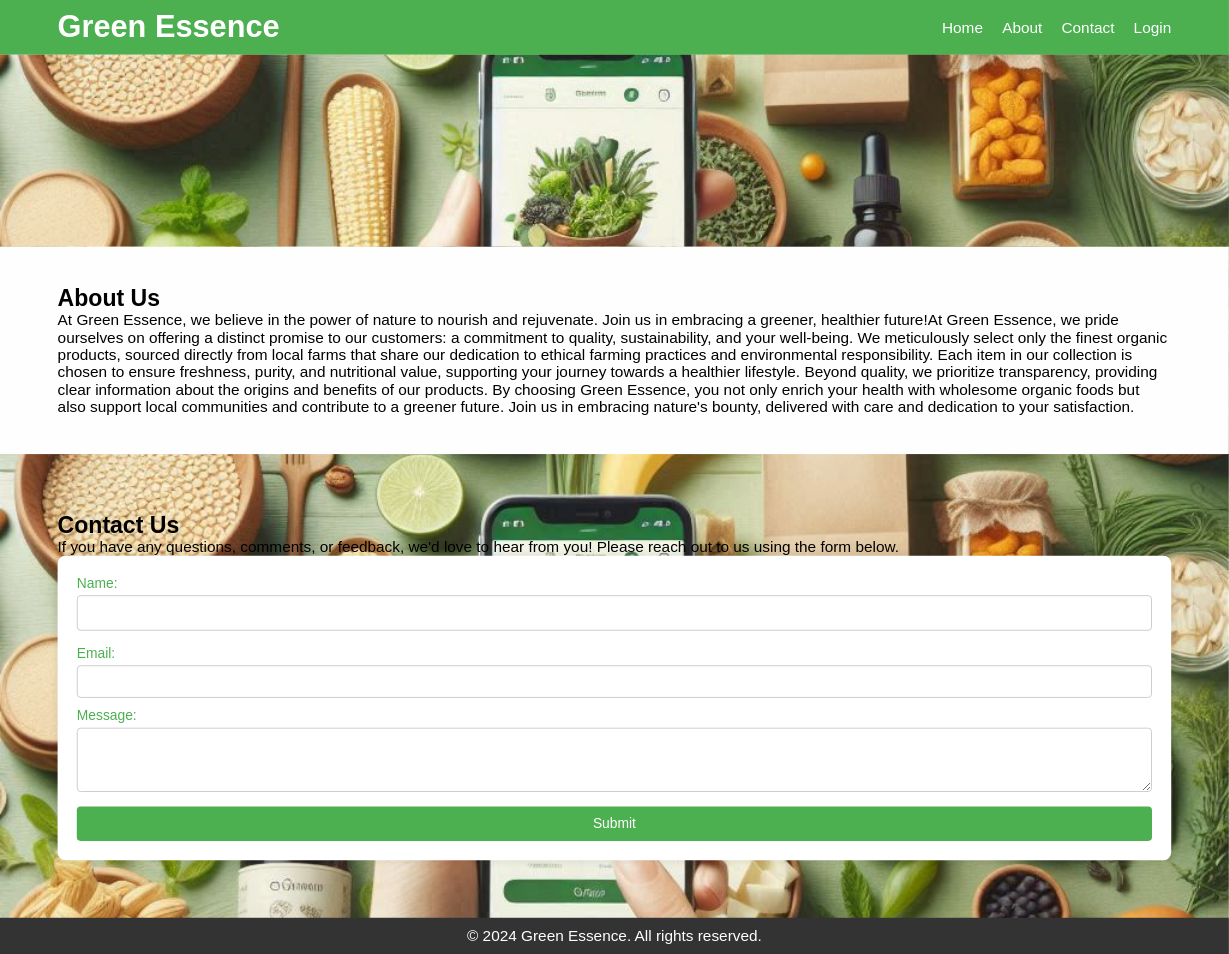
Repository: niki3210/Sahyadri
Page: Projectorganic/index.html
An editor plug-in stored every save of this project. The page is shown before and after the next save, followed by the edit.
The browser window is 1280 px wide. The pictures show the whole page, at 96% of full size.
Backgrounds fixed to the window are drawn as part of the page.

Above is the page before, as saved 2024-06-21 17:27:22.

### Projectorganic/index.html
<!DOCTYPE html>
<html lang="en">
<head>
    <meta charset="UTF-8">
    <meta name="viewport" content="width=device-width, initial-scale=1.0">
    <title>Green Essence - Organic Food Products</title>
    <link rel="stylesheet" href="styles.css">

</head>
<body>
    <header>
        <div class="container">
            <h1>Green Essence</h1>
            <nav>
                <ul>
                    <li><a href="#home">Home</a></li>
                    <li><a href="#about">About</a></li>
                    <li><a href="#contact">Contact</a></li>
                    <li><a href="login.html">Login</a></li>

                </ul>
            </nav>
        </div>
    </header>

    <section id="home">
        <div class="container">




        </div>
    </section>

    <section id="about">
        <div class="container">
            <h2>About Us</h2>
            <p>At Green Essence, we believe in the power of nature to nourish and rejuvenate. Join us in embracing a greener, healthier
                future!At Green Essence, we pride ourselves on offering a distinct promise to our customers: a commitment to quality,
                sustainability, and your well-being. We meticulously select only the finest organic products, sourced directly from
                local farms that share our dedication to ethical farming practices and environmental responsibility. Each item in
                our collection is chosen to ensure freshness, purity, and nutritional value, supporting your journey towards a
                healthier lifestyle. Beyond quality, we prioritize transparency, providing clear information about the origins and
                benefits of our products. By choosing Green Essence, you not only enrich your health with wholesome organic foods
                but also support local communities and contribute to a greener future. Join us in embracing nature's bounty,
                delivered with care and dedication to your satisfaction.</p>
        </div>
    </section>

    <section id="contact">
        <div class="container">
            <h2>Contact Us</h2>
            <p>If you have any questions, comments, or feedback, we'd love to hear from you! Please reach out to us using the form below.</p>
            <div class="contact-form">
                <form action="/submit_contact" method="POST">
                    <label for="name">Name:</label>
                    <input type="text" id="name" name="name" required>
                    <div class="error" id="name-error"></div>

                    <label for="email">Email:</label>
                    <input type="email" id="contact-email" name="email" required>
                    <div class="error" id="contact-email-error"></div>

                    <label for="message">Message:</label>
                    <textarea id="message" name="message" rows="3" required></textarea>
                    <div class="error" id="message-error"></div>

                    <button type="submit">Submit</button>
                </form>
            </div>
        </div>
    </section>




<footer>
<div class="container">
    <p>&copy; 2024 Green Essence. All rights reserved.</p>
</div>


</body>
</html>

### Projectorganic/styles.css
/* Combined CSS for Home, Login, and Register Pages */

/* Reset default browser styles */
* {
    box-sizing: border-box;
    margin: 0;
    padding: 0;
}

/* Global styles */
body {
    font-family: Arial, sans-serif;
    color: black;
    margin: 0;
    padding: 0;
    box-sizing: border-box;
    min-height: 100vh; /* Ensure body extends to at least the full height of the viewport */
    display: flex;
    flex-direction: column; /* Use flexbox to make sure footer stays at the bottom */
}

/* Header styles */
header {
    background-color: #4CAF50;
    color: white;
    padding: 10px 0;
}

header .container {
    display: flex;
    justify-content: space-between;
    align-items: center;
    max-width: 1200px;
    margin: 0 auto;
    padding: 0 20px;
}

header h1 {
    margin: 0;
}

header nav ul {
    list-style: none;
    margin: 0;
    padding: 0;
    display: flex;
}

header nav ul li {
    margin-left: 20px;
}

header nav ul li a {
    color: white;
    text-decoration: none;
}

header nav ul li a:hover {
    text-decoration: underline;
}

/* Home Page Styles */
#home {
    background-image: url('backgroundhome.jpeg');
    background-size: cover;
    background-repeat: no-repeat;
    background-position: center;
    background-attachment: fixed;
    color: white;
    text-align: center;
    padding: 100px 20px;
}

section {
    padding: 60px 0;
}

.container {
    max-width: 1200px;
    margin: 0 auto;
    padding: 0 20px;
}

/* About Section */
#about {
    background-color: #fffefe;
    padding: 40px 0;
}

/* Contact Form Styles */
.contact-form {
    background-color: #fff;
    padding: 20px;
    box-shadow: 0 0 10px rgba(0, 0, 0, 0.1);
    border-radius: 8px;
}

.contact-form form {
    display: flex;
    flex-direction: column;
}

.contact-form label {
    margin-bottom: 5px;
    color: #4CAF50;
}

.contact-form input,
.contact-form textarea {
    margin-bottom: 15px;
    padding: 10px;
    border: 1px solid #ccc;
    border-radius: 4px;
}

.contact-form button {
    padding: 10px 15px;
    background-color: #4CAF50;
    color: #fff;
    border: none;
    border-radius: 4px;
    cursor: pointer;
    transition: background-color 0.3s ease;
}

.contact-form button:hover {
    background-color: #45a049;
}

/* Error Messages */
.error {
    color: red;
    font-size: 0.9em;
    margin-top: -10px;
    margin-bottom: 10px;
}




/* Login/Register Styles */
.login-container,
.register-container {
    max-width: 320px;
    margin: 0 auto;
    padding: 15px;
    background-color: rgb(255, 255, 255);
    border-radius: 3px;
    box-shadow: 0 0 10px rgba(0, 0, 0, 0.1);
    flex: 1; /* Use flex: 1 to push footer to the bottom */
    margin-top: 30px;
    margin-bottom: 60px;
    padding: 20px;
}

body {
    font-family: Arial, sans-serif;
    background-image: url('backgroundhome.jpeg');
    background-size: cover;
    color: black;
}

.login-form, .register-form {
    padding: 15px;
    margin-bottom: 30px;
}

.login-form h2, .register-form h2 {
    text-align: center;
    margin-bottom: 15px;
    font-size: 1.5em;
}

label {
    display: block;
    margin-bottom: 5px;
    font-size: 0.9em;
}

input[type="email"],
input[type="password"] {
    width: 100%;
    padding: 8px;
    margin-bottom: 10px;
    border: 1px solid #ccc;
    border-radius: 4px;
    font-size: 0.9em;
}

.error {
    color: red;
    font-size: 0.8em;
    margin-bottom: 10px;
}

button {
    background-color: #4CAF50;
    color: white;
    border: none;
    padding: 8px 15px;
    cursor: pointer;
    transition: background-color 0.3s ease;
    width: 100%;
    font-size: 0.9em;
}

button:hover {
    background-color: #45a049;
}

/* Footer Styles */
footer {
    background-color: #333;
    color: white;
    text-align: center;
    padding: 10px 0;
    width: 100%;

}

footer a {
    color: white;
    margin: 0 10px;
    text-decoration: none;
}

footer a:hover {
    text-decoration: underline;
}

/* Pop-up Styles */
.popup {
    display: none;
    position: fixed;
    top: 20px; /* Position the pop-up near the top of the page */
    left: 50%;
    transform: translateX(-50%);
    background-color: white;
    box-shadow: 0 0 10px rgba(0, 0, 0, 0.1);
    border-radius: 8px;
    z-index: 1000;
    width: 90%; /* Make it full width with some margin */
    max-width: 320px;
    padding: 10px 20px;
}

.popup-content {
    text-align: center;
}

.popup .close {
    position: absolute;
    top: 10px;
    right: 10px;
    cursor: pointer;
    font-size: 1.5em;
}

/* Dashboard Styles */
/* Dashboard Styles */
.dashboard-main {
    flex: 1;
    padding: 20px;
}

.dashboard-section {
    background-color: #ffffff;
    padding: 20px;
    margin-bottom: 20px;
    box-shadow: 0 0 10px rgba(0, 0, 0, 0.1);
    border-radius: 8px;
    transition: transform 0.3s ease, box-shadow 0.3s ease;
}

.dashboard-section:hover {
    transform: translateY(-5px); /* Lift section on hover */
    box-shadow: 0 5px 15px rgba(0, 0, 0, 0.2); /* Add a subtle lift effect */
}

.dashboard-section h2 {
    margin-bottom: 10px;
    color: #4CAF50;
}

.sales-table {
    overflow-x: auto;
    animation: slideIn 0.5s ease; /* Slide in animation for the table */
}

.sales-table table {
    width: 100%;
    border-collapse: collapse;
}

.sales-table th, .sales-table td {
    border: 1px solid #6dfb07;
    padding: 12px; /* Increase padding for better readability */
    text-align: left;
}

.sales-table th {
    background-color: #d1f3d0d0;
    color: #4CAF50; /* Green theme color for table headers */
    text-transform: uppercase;
}

.sales-table tr:nth-child(even) {
    background-color: #f9f9f9;
}

.sales-table tr:hover {
    background-color: #f2f2f2;
}

After the next save:
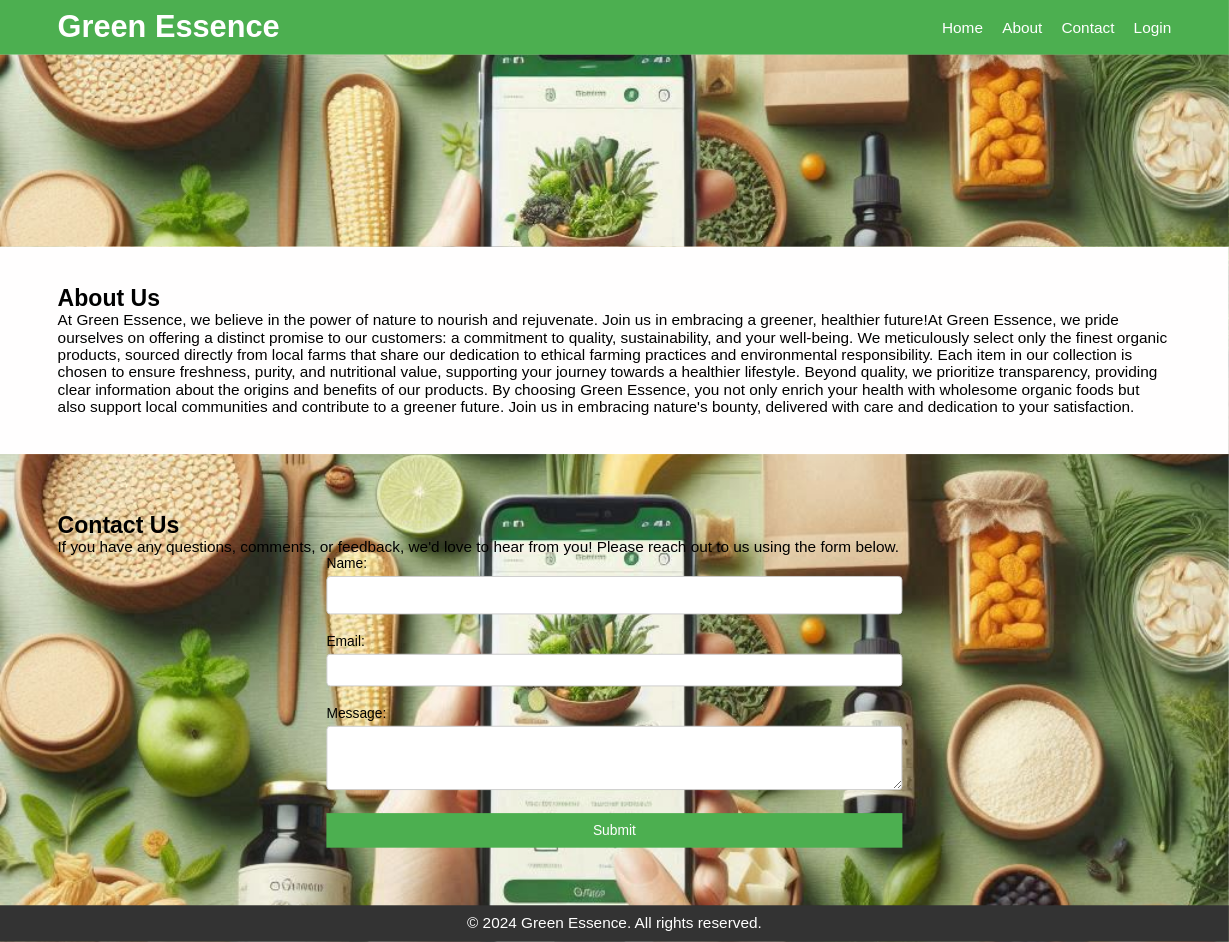
Saved 35 s later.
--- a/Projectorganic/styles.css
+++ b/Projectorganic/styles.css
@@ -88,55 +88,39 @@
 }
 
 /* Contact Form Styles */
-.contact-form {
-    background-color: #fff;
-    padding: 20px;
-    box-shadow: 0 0 10px rgba(0, 0, 0, 0.1);
-    border-radius: 8px;
-}
-
-.contact-form form {
-    display: flex;
-    flex-direction: column;
-}
-
-.contact-form label {
+form {
+    max-width: 600px;
+    margin: 0 auto;
+}
+
+label {
+    display: block;
     margin-bottom: 5px;
-    color: #4CAF50;
-}
-
-.contact-form input,
-.contact-form textarea {
-    margin-bottom: 15px;
+}
+
+input[type="text"],
+input[type="email"],
+textarea {
+    width: 100%;
     padding: 10px;
+    margin-bottom: 10px;
     border: 1px solid #ccc;
     border-radius: 4px;
-}
-
-.contact-form button {
-    padding: 10px 15px;
+    font-size: 1em;
+}
+
+button[type="submit"] {
     background-color: #4CAF50;
-    color: #fff;
+    color: white;
     border: none;
-    border-radius: 4px;
+    padding: 10px 20px;
     cursor: pointer;
     transition: background-color 0.3s ease;
 }
 
-.contact-form button:hover {
+button[type="submit"]:hover {
     background-color: #45a049;
 }
-
-/* Error Messages */
-.error {
-    color: red;
-    font-size: 0.9em;
-    margin-top: -10px;
-    margin-bottom: 10px;
-}
-
-
-
 
 /* Login/Register Styles */
 .login-container,

After the save that followed:
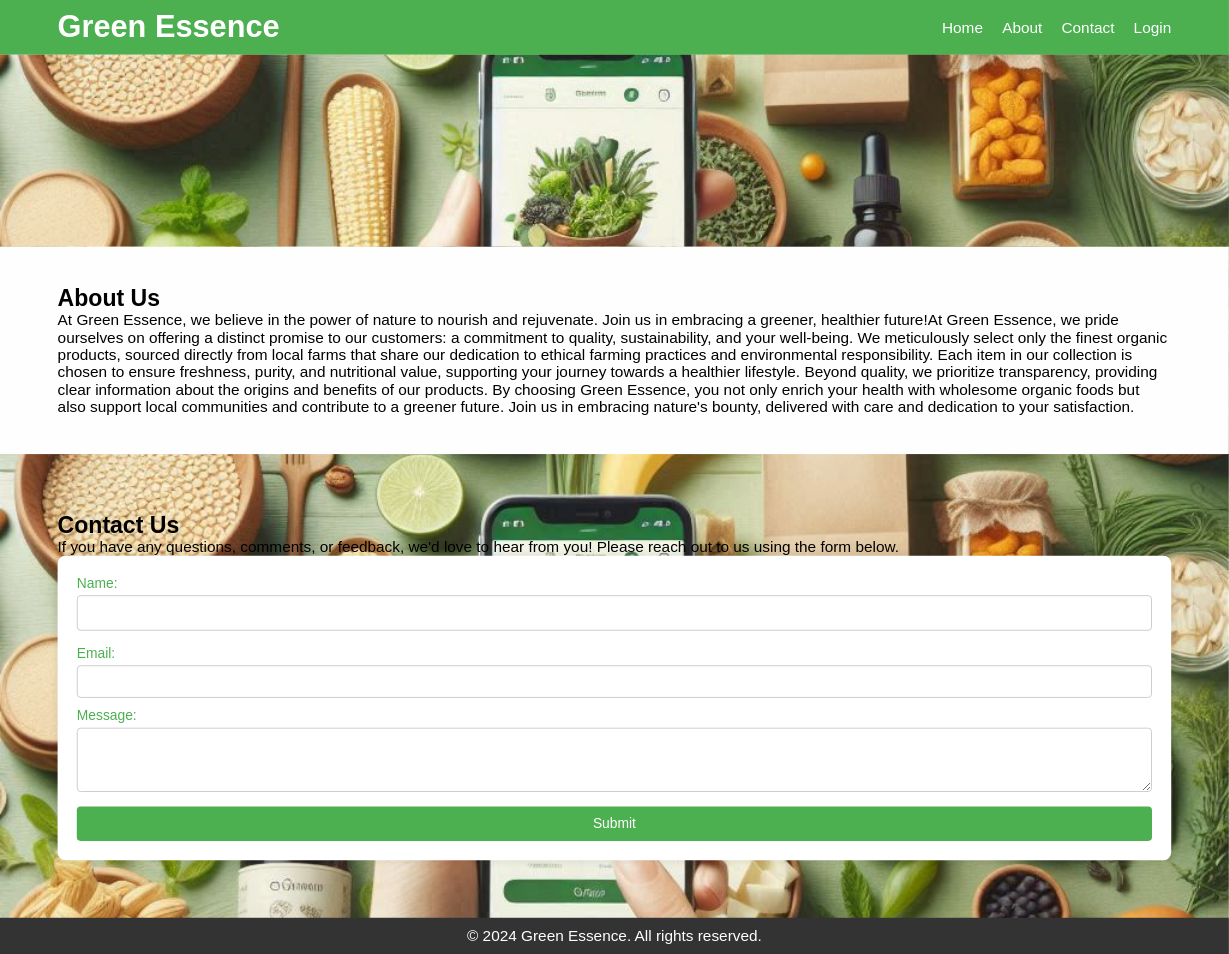
Saved 12 s later.
--- a/Projectorganic/styles.css
+++ b/Projectorganic/styles.css
@@ -88,39 +88,55 @@
 }
 
 /* Contact Form Styles */
-form {
-    max-width: 600px;
-    margin: 0 auto;
-}
-
-label {
-    display: block;
+.contact-form {
+    background-color: #fff;
+    padding: 20px;
+    box-shadow: 0 0 10px rgba(0, 0, 0, 0.1);
+    border-radius: 8px;
+}
+
+.contact-form form {
+    display: flex;
+    flex-direction: column;
+}
+
+.contact-form label {
     margin-bottom: 5px;
-}
-
-input[type="text"],
-input[type="email"],
-textarea {
-    width: 100%;
+    color: #4CAF50;
+}
+
+.contact-form input,
+.contact-form textarea {
+    margin-bottom: 15px;
     padding: 10px;
-    margin-bottom: 10px;
     border: 1px solid #ccc;
     border-radius: 4px;
-    font-size: 1em;
-}
-
-button[type="submit"] {
+}
+
+.contact-form button {
+    padding: 10px 15px;
     background-color: #4CAF50;
-    color: white;
+    color: #fff;
     border: none;
-    padding: 10px 20px;
+    border-radius: 4px;
     cursor: pointer;
     transition: background-color 0.3s ease;
 }
 
-button[type="submit"]:hover {
+.contact-form button:hover {
     background-color: #45a049;
 }
+
+/* Error Messages */
+.error {
+    color: red;
+    font-size: 0.9em;
+    margin-top: -10px;
+    margin-bottom: 10px;
+}
+
+
+
 
 /* Login/Register Styles */
 .login-container,
